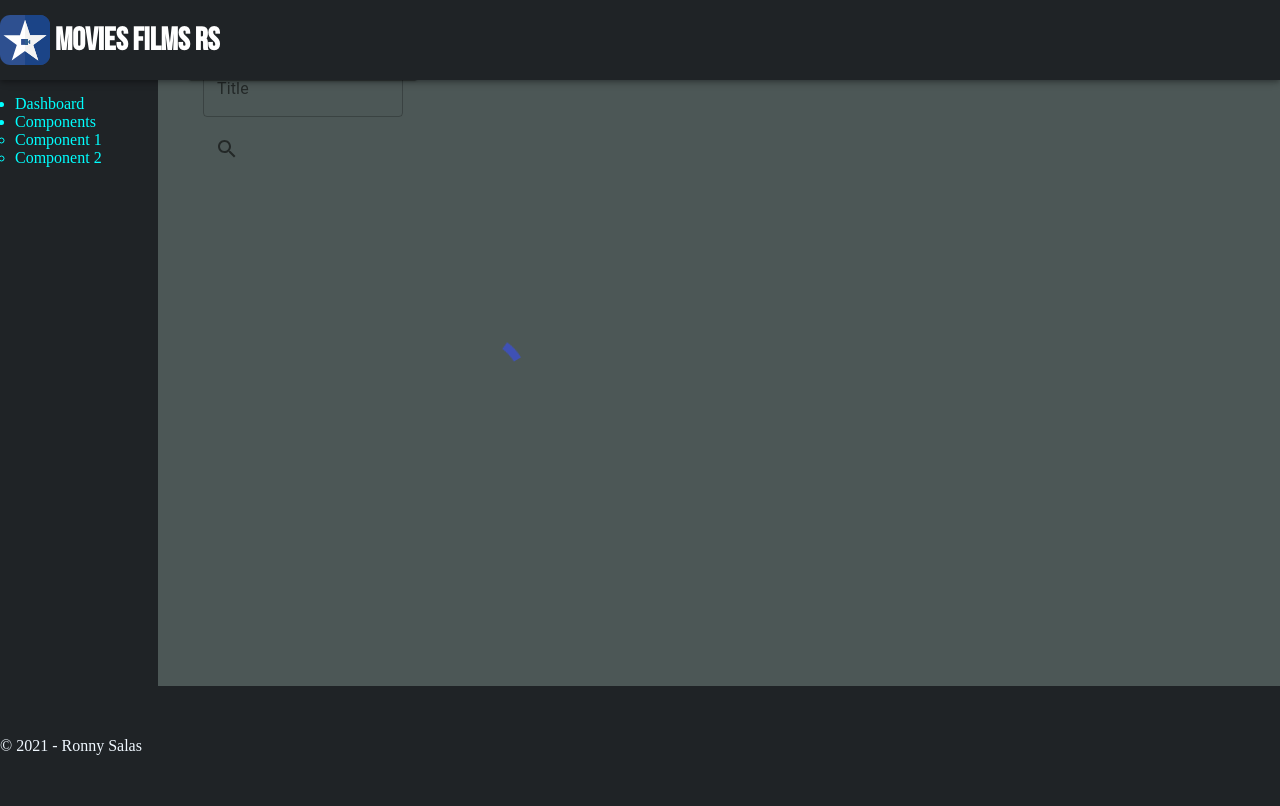
Repository: ronnysalas459/assigment-2
Page: /
An editor plug-in stored every save of this project. The page is shown before and after the next save, followed by the edit.
The browser window is 1280 px wide. The pictures show the whole page.
The page's requests for data from a server got no answer. The project was rebuilt for these pictures with package versions that can differ from the ones it lists, and the page was loaded fresh each time. No one was signed in, and anything a server would have sent is missing. Also part of the build but not shown: src/contexts/DetailsContext.js, src/components/Films/Movie.js, src/components/Common/Messages.js, src/components/Films/Movies.js, src/components/Details/index.js, src/components/NotFound/index.js.

Above is the page before, as saved 2021-08-30 21:02:13.

### src/index.js
import React from 'react';
import ReactDOM from 'react-dom';
import App from './App';

ReactDOM.render(<App />,document.querySelector('#root')
);

### src/App.js
import React from "react";
import { BrowserRouter, Switch, Route } from "react-router-dom";
import MoviesContextProvider from "./contexts/MoviesContext";
import DetailsContextProvider from "./contexts/DetailsContext";
import Films from "./components/Films";
import Details from "./components/Details";
import Header from "./components/Common/Header";
import Footer from "./components/Common/Footer";
import SideBar from "./components/Common/SideBar";
import NotFound from "./components/NotFound";
import "./assets/css/styles.css";

const App = () => (
  <BrowserRouter>
    <div className="container">
      <MoviesContextProvider>
      <Header />
      </MoviesContextProvider>
      <div className="content">
        <SideBar />
        <div className="projects">
          <Switch>
            <Route exact path="/">
              <MoviesContextProvider>
                <Films />
              </MoviesContextProvider>
            </Route>
            <Route path="/movie/movie_id">
              <DetailsContextProvider>
                <Details />
              </DetailsContextProvider>
            </Route>
            <Route component={NotFound} />
          </Switch>
        </div>
      </div>
      <Footer />
    </div>
  </BrowserRouter>
);

export default App;

### src/contexts/MoviesContext.js
import React, { createContext, useState, useEffect } from "react";
import { popularGet, movieSearch } from "./../constants";

export const MoviesContext = createContext();

const MoviesContextProvider = ({ children }) => {
  const [doneFetch, setDoneFetch] = useState();
  const [currentQuery, setCurrentQuery] = useState("");
  const [text, setText] = useState("Top Movies");
  const [movies, setMovies] = useState([]);

  useEffect(() => {
    getPopularMovies();
  }, []);

  const getPopularMovies = () => {
    fetch(popularGet())
      .then((res) => res.json())
      .then((data) => {
        const { results }  = data;
        setDoneFetch(true);
        console.log(results);
        setMovies(results);
      })
      .catch((err) => console.log(err));
  };

  const getMovies = (query) => {
    fetch(movieSearch(query))
      .then((res) => res.json())
      .then((data) => {
        const { results } = data;
        setDoneFetch(true);
        console.log(results );
        setText(results.length ? "Results" : "No Results");
        setMovies(results);

      })
      .catch((err) => console.log(err));
  };

  const validateQuery = (
    e,
    query = document.querySelector("#query").value.toLowerCase().trim()
  ) => {
    if (e.type === "keypress" && e.key !== "Enter") return;
    const words = query.match(/\w+/g);
    query = words && words.join(" ");
    if (query && query !== currentQuery) {
      setCurrentQuery(query);
      setDoneFetch(false);
      getMovies(query);
    }
  };
  return (
    <MoviesContext.Provider value={{ doneFetch, text, movies, validateQuery }}>
      {children}
    </MoviesContext.Provider>
  );
};

export default MoviesContextProvider;

### src/components/Films/index.js
import React, { Fragment, useContext } from "react";
import { MoviesContext } from "./../../contexts/MoviesContext";
import SearchMovies from "./SearchMovies";
import Movies from "./Movies";
import ProgressBar from "./../Common/ProgressBar";
import  Message  from "./../Common/Messages";

const Films = () => {
  const { validateQuery, doneFetch, movies, text } = useContext(MoviesContext);

  return (
    <Fragment>
      <SearchMovies validateQuery={validateQuery} />
      {doneFetch ? (
        movies.length ? (
          console.log("voyyyyyyyyyy"),
          <Movies text={text} movies={movies} />
        ) : (
          <Message text={text} />
        )
      ) : (
          console.log("nooooooooo"),
        <ProgressBar />
      )}
    </Fragment>
  );
};

export default Films;

### src/components/Common/Header.js
import React from "react";
import { AppBar } from "@material-ui/core";
import { ReactComponent as Logo } from "./../../assets/img/movie.svg";
import "./../../assets/css/styles.css";
const Header = () => (
  <AppBar position="sticky">
      <div className="header-container">
            <Logo className="logo-container" />
            &nbsp;&nbsp;
        <h1>Movies Films RS</h1>
      </div>
  </AppBar>
);

export default Header;

### src/components/Common/Footer.js
import React from 'react'

const Footer = () => (
    <footer>
        <p> &copy; { new Date().getFullYear()} - Ronny Salas</p>
    </footer>
);


export default Footer;

### src/components/Common/SideBar.js
import React from "react";
import { ProSidebar, Menu, MenuItem, SubMenu } from "react-pro-sidebar";
import "./../../assets/css/styles.css";

const SideBar = () => (

    <aside className="aside">
      <ProSidebar>
        <Menu iconShape="square">
          <MenuItem>Dashboard</MenuItem>
          <SubMenu title="Components">
            <MenuItem>Component 1</MenuItem>
            <MenuItem>Component 2</MenuItem>
          </SubMenu>
        </Menu>
      </ProSidebar>
    </aside>

);
export default SideBar;

### src/assets/css/styles.css
/*FUENTES*/

@font-face {
  font-family: "TrebuchetMS";
  src: url("../fonts/TrebuchetMS.ttf");
  font-weight: normal;
  font-style: normal;
}
@font-face {
  font-family: "BebasNeue";
  src: url("../fonts/BebasNeue.otf");
  font-weight: normal;
  font-style: normal;
}

@font-face {
  font-family: "WebSymbolsRegular";
  src: url("../fonts/websymbols-regular-webfont.eot");
  src: url("../fonts/websymbols-regular-webfont.eot?#iefix")
      format("embedded-opentype"),
    url("../fonts/websymbols-regular-webfont.woff") format("woff"),
    url("../fonts/websymbols-regular-webfont.ttf") format("truetype"),
    url("../fonts/websymbols-regular-webfont.svg#WebSymbolsRegular")
      format("svg");
  font-weight: normal;
  font-style: normal;
}
.root {
  margin: 3vw;
}
* {
  margin: 0px;
  padding: 0px;
}

html {
  overflow-x: hidden;
}

.container{
  width:100%;
  height:auto;
}

.header-container {
  width: 100%;
  height: 80px;
  background-color: #1f2326 !important;
  font-family: BebasNeue;
  color: white;
  display: flex;
  flex-direction: row;
  flex-wrap: wrap;
  align-items: center;
}

.logo-container {
  display: block;
  height: 100%;
  width: 50px;
}
.logo-container h1 {
  color: aqua;
}
.content{
  display:flex;
  background-color: #4C5756;
}
.img-wrap {
  height: 150px;
  padding-top: 56.25%;
}
.aside{
  display:flex;
  min-height: 80vh;
  flex-basis: 10%;
  margin-right: 30px;
  padding: 15px;
  flex-direction: column;
  flex-wrap: wrap;
  color: aqua;
  background-color: #1f2326;
}

.projects{
  display:flex;
  flex-wrap: wrap;
  flex-basis: 80%;
}

footer {
  display:flex;
  flex-flow: row wrap;
  justify-content:flex-start;
  height:120px;
  align-items:center;
  background-color: #1f2326;
}
footer p {
    color:aliceblue;
    justify-content: center;
}
.paper {
  display:inline-block;
	margin-top: -50px;
	margin-bottom: 25px;
	width: 200px;
  height: 20px;
}

.defaultPaper {
	padding: 15px;
}

.project{
  flex-grow:1;
  flex-basis: 250px;
  margin-bottom: 25px;
  margin-right:20px;
  max-width: 345px;
}
.project img{
  width:100%;
}
.buttonPrimary,
.progressBar {
  display: flex;
  justify-content: center;
  align-items: center;
}


a {
	text-decoration: none;
}

.buttonPrimary,
.message,
.progressBar {
  margin: 10px;
}

.MuiTextField-root {
  width: 100%;
}

@media (max-width: 323px) {
  h1 {
    display: none;
  }
}

### src/constants/index.js
//HABILITAR PROXY INVERSO PARA CORS INTERCEPTOR
//const cors_anywhere = "https://cors-anywhere.herokuapp.com/";
const base_url = "https://api.themoviedb.org/3/";
const popular_movies_get = "movie/popular?";
const movie_search = "search/movie?";
const movies_get = "movie/{movie_id}";
const api_key = "api_key=2c4e30626dc1fcee2a373a9a71cf70f1";


export const popularGet = () => `${base_url}${popular_movies_get}${api_key}&page=1`;
export const moviesGet = id => `${base_url}${movies_get}${api_key}`;
export const movieSearch = query => `${base_url}${movie_search}${api_key}&query=${query}`;

### src/components/Films/SearchMovies.js
import React from 'react';
import Paper from "@material-ui/core/Paper";
import TextField from '@material-ui/core/TextField';
import IconButton from '@material-ui/core/IconButton';
import SearchIcon from '@material-ui/icons/Search';


const SearchMovies = ({ validateQuery }) => (
    <Paper className = "paper defaultPaper">
        <TextField
            id="query"
            label="Title"
            margin="normal"
            variant="outlined"
            onKeyPress = {(e) => validateQuery(e)}
        />
         <IconButton onClick={(e) => validateQuery(e)}>
            <SearchIcon />
        </IconButton>
    </Paper>
);

export default SearchMovies

### src/components/Common/ProgressBar.js
import React from 'react'
import CircularProgress from '@material-ui/core/CircularProgress';

const ProgressBar = () => (
    <div className="progressBar">
        <CircularProgress size = { 100 } />

    </div>
)


export default ProgressBar

Loaded but not shown: public/index.html (common file)

After the next save:
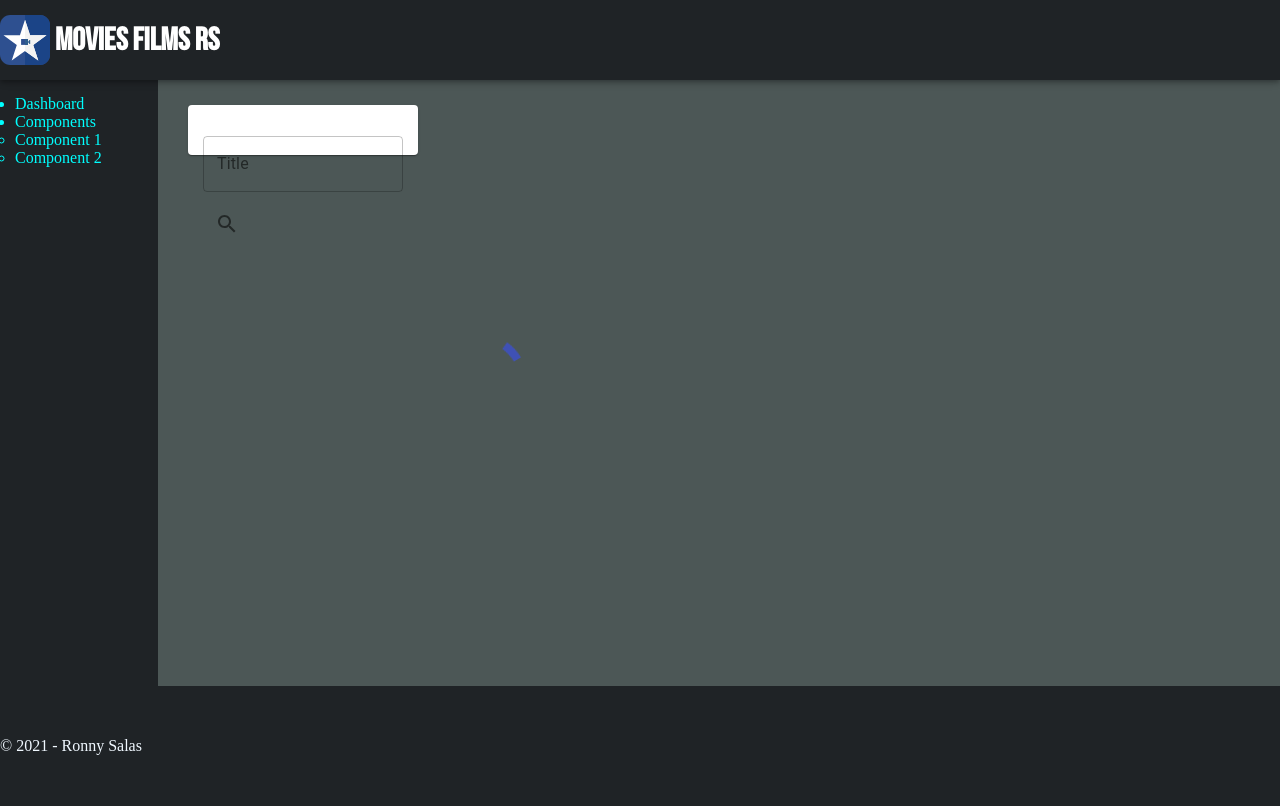
Saved 7 s later.
--- a/src/assets/css/styles.css
+++ b/src/assets/css/styles.css
@@ -102,7 +102,7 @@ footer p {
 }
 .paper {
   display:inline-block;
-	margin-top: -50px;
+	margin-top: 25px;
 	margin-bottom: 25px;
 	width: 200px;
   height: 20px;
